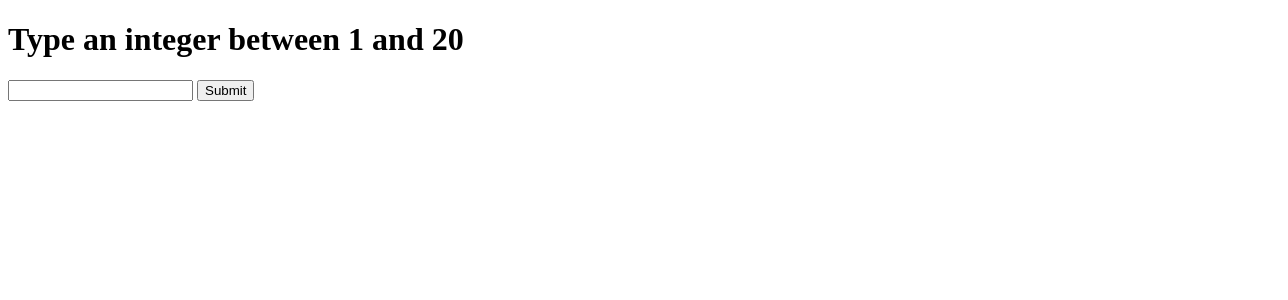
Repository: JayWelborn/CS50x-archive
Page: http://localhost/week8/exercises/table/index.php
The author's editor kept a record of every edit. The page is drawn from the files as they stood at one moment, then again after the next edit.
The browser window is 1280 px wide. The page is 1280 px wide, then 1288 px, so the pictures cover 1288 px, including what lies to the right of the window. The pictures show the whole page.
The page is run by PHP 8.4 with error messages shown; the project is at /var/www/html/.

Above is the page before.

### workspace/week8/exercises/table/index.php
<!DOCTYPE html>
<html>
    <head>
        <title>Times Table</title>
    </head>
    <body>
        <h1>
            Type an integer between 1 and 20
        </h1>
        <form action = "table.php" method = "post">
            <input type = "number"/>
            <input type = "submit" value = "Submit"/>
        </form>
    </body>
</html>

### workspace/week8/exercises/table/header.php
<!DOCTYPE html>
<html>
    <head>
        <title>Times Table</title>
        <link href = "index.css" rel = "stylesheet"/>
    </head>
    <body>

### workspace/week8/exercises/table/index.css
body
{
    text-align: center;
    width: 100%;
}

table
{
    width: 50%;
    margin-left: auto;
    margin-right: auto;
}

table, tr, td
{
    border-style: groove;
    border-color: #FAFAFA;
    border-width: 3px;
    border-collapse: collapse;
    text-align: center;
    background-color: #080808;
    color: green;
    font-size: 24px;
    font-weight: bold;
}

After the next edit:
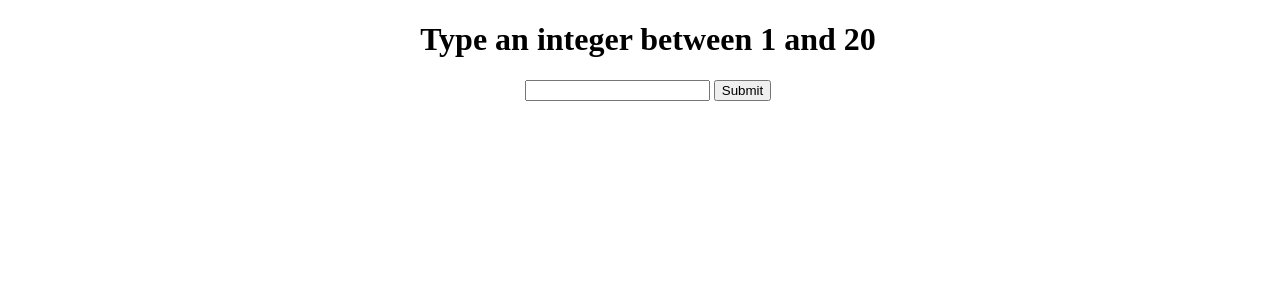
The edit:
--- a/workspace/week8/exercises/table/index.php
+++ b/workspace/week8/exercises/table/index.php
@@ -1,9 +1,5 @@
-<!DOCTYPE html>
-<html>
-    <head>
-        <title>Times Table</title>
-    </head>
-    <body>
+<?php require("header.php"); ?>
+
         <h1>
             Type an integer between 1 and 20
         </h1>
